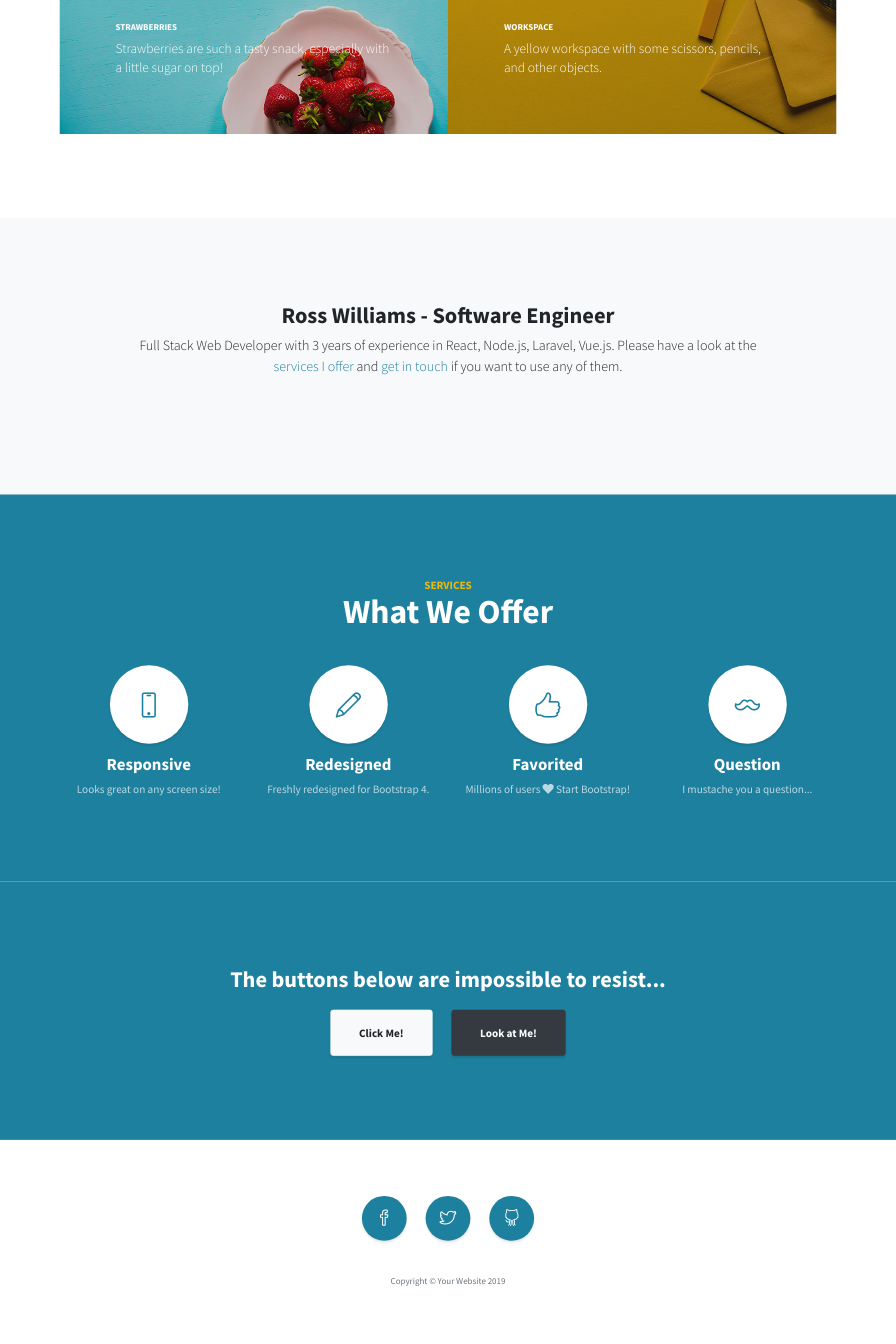
Repository: Williams94/Williams94.github.io
Page: index.html
An editor plug-in stored every save of this project. The page is shown before and after the next save, followed by the edit.
The browser window is 1280 px wide. The pictures show the part of the page from y = 1568 to 3488 px (the page is 3488 px tall), at 70% of full size.
A picture or video elsewhere on the page could not be fetched, so the positions and the page height are approximate.

Above is the page before, as saved 2019-07-06 13:42:03.

### index.html
<!DOCTYPE html>
<html lang="en">

<head>

  <meta charset="utf-8">
  <meta name="viewport" content="width=device-width, initial-scale=1, shrink-to-fit=no">
  <meta name="description" content="">
  <meta name="author" content="">

  <title>Stylish Portfolio - Start Bootstrap Template</title>

  <!-- Bootstrap Core CSS -->
  <link href="vendor/bootstrap/css/bootstrap.min.css" rel="stylesheet">

  <!-- Custom Fonts -->
  <link href="vendor/fontawesome-free/css/all.min.css" rel="stylesheet" type="text/css">
  <link href="https://fonts.googleapis.com/css?family=Source+Sans+Pro:300,400,700,300italic,400italic,700italic"
    rel="stylesheet" type="text/css">
  <link href="vendor/simple-line-icons/css/simple-line-icons.css" rel="stylesheet">

  <!-- Custom CSS -->
  <link href="css/stylish-portfolio.css" rel="stylesheet">
  <!-- <link href="css/new-age.min.css" rel="stylesheet"> -->

</head>

<body id="page-top">

  <!-- Navigation -->
  <nav class="navbar navbar-expand-lg navbar-light fixed-top" id="mainNav">
    <div class="container">
      <a class="navbar-brand js-scroll-trigger" href="#page-top">Ross Williams</a>
      <button class="navbar-toggler navbar-toggler-right" type="button" data-toggle="collapse"
        data-target="#navbarResponsive" aria-controls="navbarResponsive" aria-expanded="false"
        aria-label="Toggle navigation">
        Menu
        <i class="fas fa-bars"></i>
      </button>
      <div class="collapse navbar-collapse" id="navbarResponsive">
        <ul class="navbar-nav ml-auto">
          <li class="nav-item">
            <a class="nav-link js-scroll-trigger" href="#about">About</a>
          </li>
          <li class="nav-item">
            <a class="nav-link js-scroll-trigger" href="#portfolio">Portfolio</a>
          </li>
          <li class="nav-item">
            <a class="nav-link js-scroll-trigger" href="#services">Services</a>
          </li>
          <li class="nav-item">
            <a class="nav-link js-scroll-trigger" href="#contact">Contact</a>
          </li>
        </ul>
      </div>
    </div>
  </nav>

  <!-- Header -->
  <header class="masthead">
    <div class="container h-100">
      <div class="row h-100">
        <div class="col-lg-7 my-auto">
          <div class="header-content mx-auto">
            <h1 class="mb-5">Welcome, please take a look at my previous projects and the services I offer.</h1>
          </div>
        </div>
        <div class="col-lg-5 my-auto">
          <div class="device-container">
            <div class="device-mockup iphone6_plus portrait white">
              <div class="device">
                <div class="screen">
                  <!-- Demo image for screen mockup, you can put an image here, some HTML, an animation, video, or anything else! -->
                  <img src="img/demo-screen-1.jpg" class="img-fluid" alt="">
                </div>
                <div class="button">
                  <!-- You can hook the "home button" to some JavaScript events or just remove it -->
                </div>
              </div>
            </div>
          </div>
        </div>
      </div>
    </div>
  </header>

  <!-- Portfolio -->
  <section class="content-section" id="portfolio">
    <div class="container">
      <div class="content-section-heading text-center">
        <h3 class="text-secondary mb-0">Portfolio</h3>
        <h2 class="mb-5">Recent Projects</h2>
      </div>
      <div class="row no-gutters">
        <div class="col-lg-6">
          <a class="portfolio-item" href="#">
            <span class="caption">
              <span class="caption-content">
                <h2>Stationary</h2>
                <p class="mb-0">A yellow pencil with envelopes on a clean, blue backdrop!</p>
              </span>
            </span>
            <img class="img-fluid" src="img/portfolio-1.jpg" alt="">
          </a>
        </div>
        <div class="col-lg-6">
          <a class="portfolio-item" href="#">
            <span class="caption">
              <span class="caption-content">
                <h2>Ice Cream</h2>
                <p class="mb-0">A dark blue background with a colored pencil, a clip, and a tiny ice cream cone!</p>
              </span>
            </span>
            <img class="img-fluid" src="img/portfolio-2.jpg" alt="">
          </a>
        </div>
        <div class="col-lg-6">
          <a class="portfolio-item" href="#">
            <span class="caption">
              <span class="caption-content">
                <h2>Strawberries</h2>
                <p class="mb-0">Strawberries are such a tasty snack, especially with a little sugar on top!</p>
              </span>
            </span>
            <img class="img-fluid" src="img/portfolio-3.jpg" alt="">
          </a>
        </div>
        <div class="col-lg-6">
          <a class="portfolio-item" href="#">
            <span class="caption">
              <span class="caption-content">
                <h2>Workspace</h2>
                <p class="mb-0">A yellow workspace with some scissors, pencils, and other objects.</p>
              </span>
            </span>
            <img class="img-fluid" src="img/portfolio-4.jpg" alt="">
          </a>
        </div>
      </div>
    </div>
  </section>

  <!-- About -->
  <section class="content-section bg-light" id="about">
    <div class="container text-center">
      <div class="row">
        <div class="col-lg-10 mx-auto">
          <h2>Ross Williams - Software Engineer</h2>
          <p class="lead mb-5">Full Stack Web Developer with 3 years of experience in React, Node.js, Laravel, Vue.js.
            Please have a look at the <a href="#services">services I offer</a> and <a href="#contact">get in touch</a>
            if you want to use any of them.
          </p>
        </div>
      </div>
    </div>
  </section>

  <!-- Services -->
  <section class="content-section bg-primary text-white text-center" id="services">
    <div class="container">
      <div class="content-section-heading">
        <h3 class="text-secondary mb-0">Services</h3>
        <h2 class="mb-5">What We Offer</h2>
      </div>
      <div class="row">
        <div class="col-lg-3 col-md-6 mb-5 mb-lg-0">
          <span class="service-icon rounded-circle mx-auto mb-3">
            <i class="icon-screen-smartphone"></i>
          </span>
          <h4>
            <strong>Responsive</strong>
          </h4>
          <p class="text-faded mb-0">Looks great on any screen size!</p>
        </div>
        <div class="col-lg-3 col-md-6 mb-5 mb-lg-0">
          <span class="service-icon rounded-circle mx-auto mb-3">
            <i class="icon-pencil"></i>
          </span>
          <h4>
            <strong>Redesigned</strong>
          </h4>
          <p class="text-faded mb-0">Freshly redesigned for Bootstrap 4.</p>
        </div>
        <div class="col-lg-3 col-md-6 mb-5 mb-md-0">
          <span class="service-icon rounded-circle mx-auto mb-3">
            <i class="icon-like"></i>
          </span>
          <h4>
            <strong>Favorited</strong>
          </h4>
          <p class="text-faded mb-0">Millions of users
            <i class="fas fa-heart"></i>
            Start Bootstrap!</p>
        </div>
        <div class="col-lg-3 col-md-6">
          <span class="service-icon rounded-circle mx-auto mb-3">
            <i class="icon-mustache"></i>
          </span>
          <h4>
            <strong>Question</strong>
          </h4>
          <p class="text-faded mb-0">I mustache you a question...</p>
        </div>
      </div>
    </div>
  </section>

  <!-- Call to Action -->
  <section class="content-section bg-primary text-white">
    <div class="container text-center">
      <h2 class="mb-4">The buttons below are impossible to resist...</h2>
      <a href="#" class="btn btn-xl btn-light mr-4">Click Me!</a>
      <a href="#" class="btn btn-xl btn-dark">Look at Me!</a>
    </div>
  </section>

  <!-- Map -->
  <!-- <section id="contact" class="map">
    <iframe width="100%" height="100%" frameborder="0" scrolling="no" marginheight="0" marginwidth="0"
      src="https://maps.google.com/maps?f=q&amp;source=s_q&amp;hl=en&amp;geocode=&amp;q=Twitter,+Inc.,+Market+Street,+San+Francisco,+CA&amp;aq=0&amp;oq=twitter&amp;sll=28.659344,-81.187888&amp;sspn=0.128789,0.264187&amp;ie=UTF8&amp;hq=Twitter,+Inc.,+Market+Street,+San+Francisco,+CA&amp;t=m&amp;z=15&amp;iwloc=A&amp;output=embed"></iframe>
    <br />
    <small>
      <a
        href="https://maps.google.com/maps?f=q&amp;source=embed&amp;hl=en&amp;geocode=&amp;q=Twitter,+Inc.,+Market+Street,+San+Francisco,+CA&amp;aq=0&amp;oq=twitter&amp;sll=28.659344,-81.187888&amp;sspn=0.128789,0.264187&amp;ie=UTF8&amp;hq=Twitter,+Inc.,+Market+Street,+San+Francisco,+CA&amp;t=m&amp;z=15&amp;iwloc=A"></a>
    </small>
  </section> -->

  <!-- Footer -->
  <footer class="footer text-center">
    <div class="container">
      <ul class="list-inline mb-5">
        <li class="list-inline-item">
          <a class="social-link rounded-circle text-white mr-3" href="#">
            <i class="icon-social-facebook"></i>
          </a>
        </li>
        <li class="list-inline-item">
          <a class="social-link rounded-circle text-white mr-3" href="#">
            <i class="icon-social-twitter"></i>
          </a>
        </li>
        <li class="list-inline-item">
          <a class="social-link rounded-circle text-white" href="#">
            <i class="icon-social-github"></i>
          </a>
        </li>
      </ul>
      <p class="text-muted small mb-0">Copyright &copy; Your Website 2019</p>
    </div>
  </footer>

  <!-- Scroll to Top Button-->
  <a class="scroll-to-top rounded js-scroll-trigger" href="#page-top">
    <i class="fas fa-angle-up"></i>
  </a>

  <!-- Bootstrap core JavaScript -->
  <script src="vendor/jquery/jquery.min.js"></script>
  <script src="vendor/bootstrap/js/bootstrap.bundle.min.js"></script>

  <!-- Plugin JavaScript -->
  <script src="vendor/jquery-easing/jquery.easing.min.js"></script>

  <!-- Custom scripts for this template -->
  <script src="js/stylish-portfolio.min.js"></script>

</body>

</html>

### css/stylish-portfolio.css
/*!
 * Start Bootstrap - Stylish Portfolio v5.0.6 (https://startbootstrap.com/template-overviews/stylish-portfolio)
 * Copyright 2013-2019 Start Bootstrap
 * Licensed under MIT (https://github.com/BlackrockDigital/startbootstrap-stylish-portfolio/blob/master/LICENSE)
 */

body,
html {
  width: 100%;
  height: 100%;
}

body {
  font-family: "Source Sans Pro";
}

.btn-xl {
  padding: 1.25rem 2.5rem;
}

.content-section {
  padding-top: 7.5rem;
  padding-bottom: 7.5rem;
}

.content-section-heading h2 {
  font-size: 3rem;
}

.content-section-heading h3 {
  font-size: 1rem;
  text-transform: uppercase;
}

h1,
h2,
h3,
h4,
h5,
h6 {
  font-weight: 700;
}

.text-faded {
  color: rgba(255, 255, 255, 0.7);
}

/* Map */
.map {
  height: 30rem;
}

@media (max-width: 992px) {
  .map {
    height: 75%;
  }
}

.map iframe {
  pointer-events: none;
}

.scroll-to-top {
  position: fixed;
  right: 15px;
  bottom: 15px;
  display: none;
  width: 50px;
  height: 50px;
  text-align: center;
  color: white;
  background: rgba(52, 58, 64, 0.5);
  line-height: 45px;
}

.scroll-to-top:focus,
.scroll-to-top:hover {
  color: white;
}

.scroll-to-top:hover {
  background: #343a40;
}

.scroll-to-top i {
  font-weight: 800;
}

.masthead {
  min-height: 30rem;
  position: relative;
  display: table;
  width: 100%;
  height: auto;
  padding-top: 8rem;
  padding-bottom: 8rem;
  background: -webkit-gradient(
      linear,
      left top,
      right top,
      from(rgba(255, 255, 255, 0.1)),
      to(rgba(255, 255, 255, 0.1))
    ),
    url("../img/bg-masthead.jpg");
  background: linear-gradient(
      90deg,
      rgba(255, 255, 255, 0.1) 0%,
      rgba(255, 255, 255, 0.1) 100%
    ),
    url("../img/bg-masthead.jpg");
  background-position: center center;
  background-repeat: no-repeat;
  background-size: cover;
}

.masthead h1 {
  font-size: 4rem;
  margin: 0;
  padding: 0;
}

@media (min-width: 992px) {
  .masthead {
    height: 100vh;
  }
  .masthead h1 {
    font-size: 5.5rem;
  }
}

/* Side Menu */
#sidebar-wrapper {
  position: fixed;
  z-index: 2;
  right: 0;
  width: 250px;
  height: 100%;
  -webkit-transition: all 0.4s ease 0s;
  transition: all 0.4s ease 0s;
  -webkit-transform: translateX(250px);
  transform: translateX(250px);
  background: #1d809f;
  border-left: 1px solid rgba(255, 255, 255, 0.1);
}

.sidebar-nav {
  position: absolute;
  top: 0;
  width: 250px;
  margin: 0;
  padding: 0;
  list-style: none;
}

.sidebar-nav li.sidebar-nav-item a {
  display: block;
  text-decoration: none;
  color: #fff;
  padding: 15px;
}

.sidebar-nav li a:hover {
  text-decoration: none;
  color: #fff;
  background: rgba(255, 255, 255, 0.2);
}

.sidebar-nav li a:active,
.sidebar-nav li a:focus {
  text-decoration: none;
}

.sidebar-nav > .sidebar-brand {
  font-size: 1.2rem;
  background: rgba(52, 58, 64, 0.1);
  height: 80px;
  line-height: 50px;
  padding-top: 15px;
  padding-bottom: 15px;
  padding-left: 15px;
}

.sidebar-nav > .sidebar-brand a {
  color: #fff;
}

.sidebar-nav > .sidebar-brand a:hover {
  color: #fff;
  background: none;
}

#sidebar-wrapper.active {
  right: 250px;
  width: 250px;
  -webkit-transition: all 0.4s ease 0s;
  transition: all 0.4s ease 0s;
}

.menu-toggle {
  position: fixed;
  right: 15px;
  top: 15px;
  width: 50px;
  height: 50px;
  text-align: center;
  color: #fff;
  background: rgba(52, 58, 64, 0.5);
  line-height: 50px;
  z-index: 999;
}

.menu-toggle:focus,
.menu-toggle:hover {
  color: #fff;
}

.menu-toggle:hover {
  background: #343a40;
}

.service-icon {
  background-color: #fff;
  color: #1d809f;
  height: 7rem;
  width: 7rem;
  display: block;
  line-height: 7.5rem;
  font-size: 2.25rem;
  -webkit-box-shadow: 0 3px 3px 0 rgba(0, 0, 0, 0.1);
  box-shadow: 0 3px 3px 0 rgba(0, 0, 0, 0.1);
}

.callout {
  padding: 15rem 0;
  background: -webkit-gradient(
      linear,
      left top,
      right top,
      from(rgba(255, 255, 255, 0.1)),
      to(rgba(255, 255, 255, 0.1))
    ),
    url("../img/bg-callout.jpg");
  background: linear-gradient(
      90deg,
      rgba(255, 255, 255, 0.1) 0%,
      rgba(255, 255, 255, 0.1) 100%
    ),
    url("../img/bg-callout.jpg");
  background-position: center center;
  background-repeat: no-repeat;
  background-size: cover;
}

.callout h2 {
  font-size: 3.5rem;
  font-weight: 700;
  display: block;
  max-width: 30rem;
}

.portfolio-item {
  display: block;
  position: relative;
  overflow: hidden;
  max-width: 530px;
  margin: auto auto 1rem;
}

.portfolio-item .caption {
  display: -webkit-box;
  display: -ms-flexbox;
  display: flex;
  height: 100%;
  width: 100%;
  background-color: rgba(33, 37, 41, 0.2);
  position: absolute;
  top: 0;
  bottom: 0;
  z-index: 1;
}

.portfolio-item .caption .caption-content {
  color: #fff;
  margin: auto 2rem 2rem;
}

.portfolio-item .caption .caption-content h2 {
  font-size: 0.8rem;
  text-transform: uppercase;
}

.portfolio-item .caption .caption-content p {
  font-weight: 300;
  font-size: 1.2rem;
}

@media (min-width: 992px) {
  .portfolio-item {
    max-width: none;
    margin: 0;
  }
  .portfolio-item .caption {
    -webkit-transition: -webkit-clip-path 0.25s ease-out, background-color 0.7s;
    -webkit-clip-path: inset(0px);
    clip-path: inset(0px);
  }
  .portfolio-item .caption .caption-content {
    -webkit-transition: opacity 0.25s;
    transition: opacity 0.25s;
    margin-left: 5rem;
    margin-right: 5rem;
    margin-bottom: 5rem;
  }
  .portfolio-item img {
    -webkit-transition: -webkit-clip-path 0.25s ease-out;
    -webkit-clip-path: inset(-1px);
    clip-path: inset(-1px);
  }
  .portfolio-item:hover img {
    -webkit-clip-path: inset(2rem);
    clip-path: inset(2rem);
  }
  .portfolio-item:hover .caption {
    background-color: rgba(29, 128, 159, 0.9);
    -webkit-clip-path: inset(2rem);
    clip-path: inset(2rem);
  }
}

footer.footer {
  padding-top: 5rem;
  padding-bottom: 5rem;
}

footer.footer .social-link {
  display: block;
  height: 4rem;
  width: 4rem;
  line-height: 4.3rem;
  font-size: 1.5rem;
  background-color: #1d809f;
  -webkit-transition: background-color 0.15s ease-in-out;
  transition: background-color 0.15s ease-in-out;
  -webkit-box-shadow: 0 3px 3px 0 rgba(0, 0, 0, 0.1);
  box-shadow: 0 3px 3px 0 rgba(0, 0, 0, 0.1);
}

footer.footer .social-link:hover {
  background-color: #155d74;
  text-decoration: none;
}

a {
  color: #1d809f;
}

a:hover,
a:focus,
a:active {
  color: #155d74;
}

.btn-primary {
  background-color: #1d809f !important;
  border-color: #1d809f !important;
  color: #fff !important;
}

.btn-primary:hover,
.btn-primary:focus,
.btn-primary:active {
  background-color: #155d74 !important;
  border-color: #155d74 !important;
}

.btn-secondary {
  background-color: #ecb807 !important;
  border-color: #ecb807 !important;
  color: #fff !important;
}

.btn-secondary:hover,
.btn-secondary:focus,
.btn-secondary:active {
  background-color: #ba9106 !important;
  border-color: #ba9106 !important;
}

.btn-dark {
  color: #fff !important;
}

.btn {
  -webkit-box-shadow: 0px 3px 3px 0px rgba(0, 0, 0, 0.1);
  box-shadow: 0px 3px 3px 0px rgba(0, 0, 0, 0.1);
  font-weight: 700;
}

.bg-primary {
  background-color: #1d809f !important;
}

.text-primary {
  color: #1d809f !important;
}

.text-secondary {
  color: #ecb807 !important;
}

#mainNav {
  border-color: rgba(34, 34, 34, 0.05);
  background-color: white;
  -webkit-transition: all 0.35s;
  transition: all 0.35s;
  font-family: "Catamaran", "Helvetica", "Arial", "sans-serif";
  font-weight: 200;
  letter-spacing: 1px;
}

#mainNav .navbar-brand {
  color: #fdcc52;
  font-family: "Catamaran", "Helvetica", "Arial", "sans-serif";
  font-weight: 200;
  letter-spacing: 1px;
}

#mainNav .navbar-brand:hover,
#mainNav .navbar-brand:focus {
  color: #fcbd20;
}

#mainNav .navbar-toggler {
  font-size: 12px;
  padding: 8px 10px;
  color: #222222;
}

#mainNav .navbar-nav > li > a {
  font-size: 11px;
  font-family: "Lato", "Helvetica", "Arial", "sans-serif";
  letter-spacing: 2px;
  text-transform: uppercase;
}

#mainNav .navbar-nav > li > a.active {
  color: #fdcc52 !important;
  background-color: transparent;
}

#mainNav .navbar-nav > li > a.active:hover {
  background-color: transparent;
}

#mainNav .navbar-nav > li > a,
#mainNav .navbar-nav > li > a:focus {
  color: #222222;
}

#mainNav .navbar-nav > li > a:hover,
#mainNav .navbar-nav > li > a:focus:hover {
  color: #fdcc52;
}

@media (min-width: 992px) {
  #mainNav {
    border-color: transparent;
    background-color: transparent;
  }
  #mainNav .navbar-brand {
    color: fade(white, 70%);
  }
  #mainNav .navbar-brand:hover,
  #mainNav .navbar-brand:focus {
    color: white;
  }
  #mainNav .navbar-nav > li > a,
  #mainNav .navbar-nav > li > a:focus {
    color: rgba(255, 255, 255, 0.7);
  }
  #mainNav .navbar-nav > li > a:hover,
  #mainNav .navbar-nav > li > a:focus:hover {
    color: white;
  }
  #mainNav.navbar-shrink {
    border-color: rgba(34, 34, 34, 0.1);
    background-color: white;
  }
  #mainNav.navbar-shrink .navbar-brand {
    color: #222222;
  }
  #mainNav.navbar-shrink .navbar-brand:hover,
  #mainNav.navbar-shrink .navbar-brand:focus {
    color: #fdcc52;
  }
  #mainNav.navbar-shrink .navbar-nav > li > a,
  #mainNav.navbar-shrink .navbar-nav > li > a:focus {
    color: #222222;
  }
  #mainNav.navbar-shrink .navbar-nav > li > a:hover,
  #mainNav.navbar-shrink .navbar-nav > li > a:focus:hover {
    color: #fdcc52;
  }
}


header.masthead {
  position: relative;
  width: 100%;
  padding-top: 150px;
  padding-bottom: 100px;
  color: white;
  background: url("../img/bg-pattern.png"), #7b4397;
  background: url("../img/bg-pattern.png"), -webkit-gradient(linear, right top, left top, from(#7b4397), to(#dc2430));
  background: url("../img/bg-pattern.png"), linear-gradient(to left, #7b4397, #dc2430);
}

header.masthead .header-content {
  max-width: 500px;
  margin-bottom: 100px;
  text-align: center;
}

header.masthead .header-content h1 {
  font-size: 30px;
}

header.masthead .device-container {
  max-width: 325px;
  margin-right: auto;
  margin-left: auto;
}

header.masthead .device-container .screen img {
  border-radius: 3px;
}

@media (min-width: 992px) {
  header.masthead {
    height: 100vh;
    min-height: 775px;
    padding-top: 0;
    padding-bottom: 0;
  }
  header.masthead .header-content {
    margin-bottom: 0;
    text-align: left;
  }
  header.masthead .header-content h1 {
    font-size: 50px;
  }
  header.masthead .device-container {
    max-width: 325px;
  }
}

Loaded but not shown: vendor/bootstrap/css/bootstrap.min.css (library); vendor/fontawesome-free/css/all.min.css (library); vendor/simple-line-icons/css/simple-line-icons.css (library); vendor/jquery/jquery.min.js (library); vendor/bootstrap/js/bootstrap.bundle.min.js (library); vendor/jquery-easing/jquery.easing.min.js (common file); js/stylish-portfolio.min.js (common file)

After the next save:
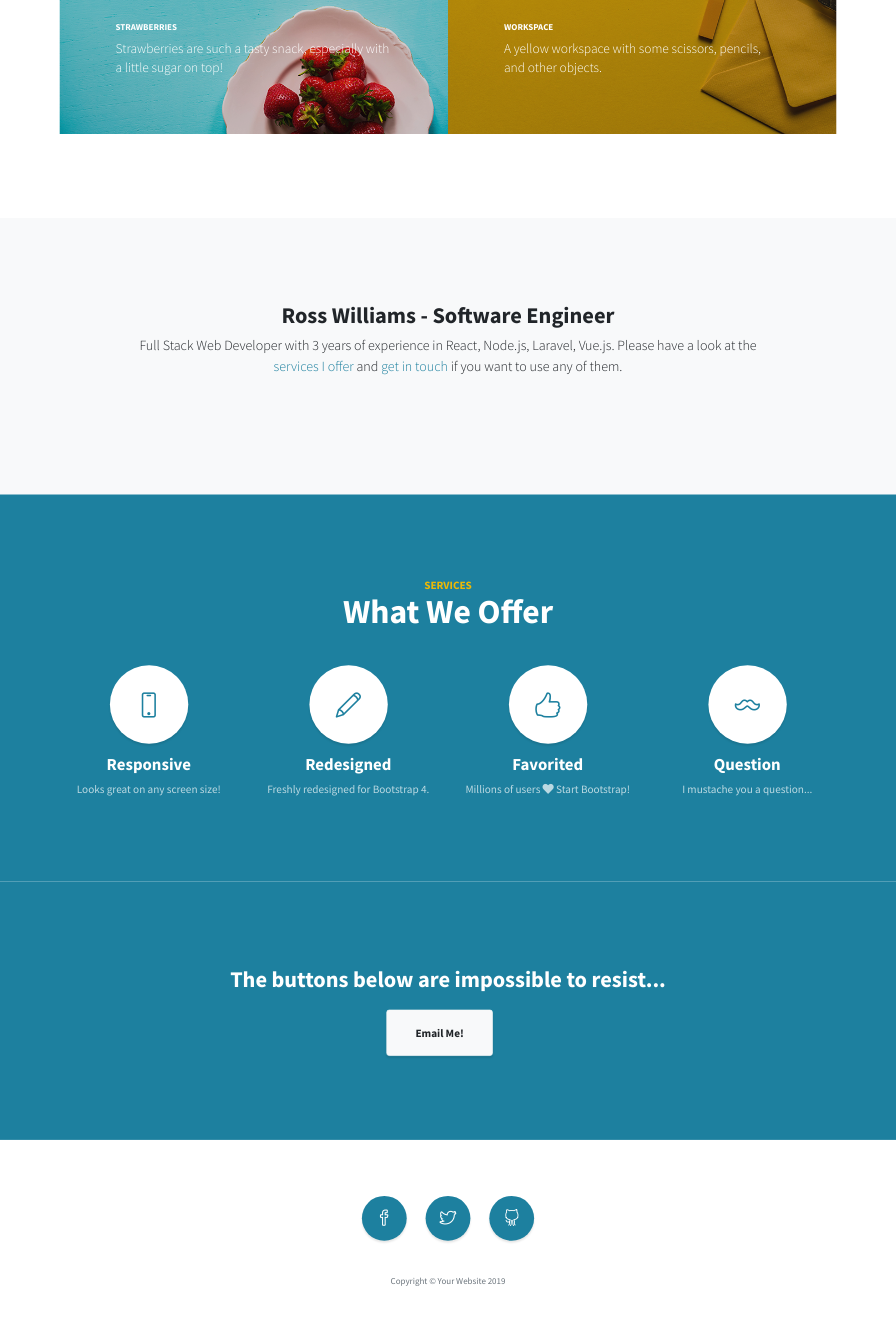
Saved 28 s later.
--- a/index.html
+++ b/index.html
@@ -209,8 +209,7 @@
   <section class="content-section bg-primary text-white">
     <div class="container text-center">
       <h2 class="mb-4">The buttons below are impossible to resist...</h2>
-      <a href="#" class="btn btn-xl btn-light mr-4">Click Me!</a>
-      <a href="#" class="btn btn-xl btn-dark">Look at Me!</a>
+      <a href="#" class="btn btn-xl btn-light mr-4">Email Me!</a>
     </div>
   </section>
 
